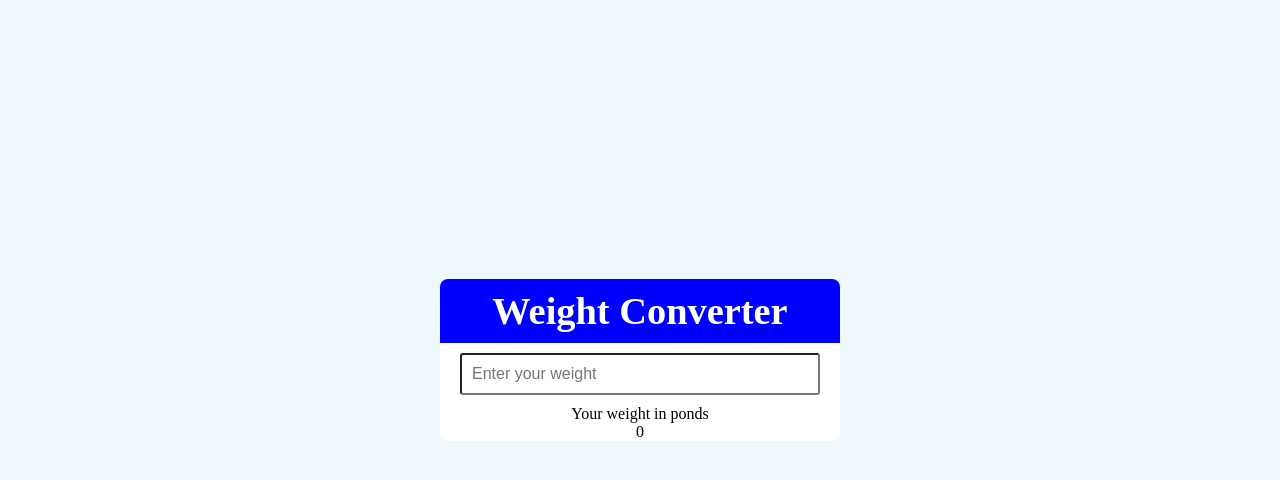
Repository: JunaidAnsari202/Weight-Converter
Page: index.html
These files come from the project's save history. The page is drawn as it stood at one moment and after a run of saves; the edit follows.
The browser window is 1280 px wide. The pictures show the whole page.

Above is the page before, as saved 2024-10-16 10:26:42.

### index.html
<!DOCTYPE html>
<html lang="en">
<head>
    <meta charset="UTF-8">
    <meta name="viewport" content="width=device-width, initial-scale=1.0">
    <title>Weight converter</title>
    <link rel="stylesheet" href="style.css">
</head>
<body>
 <div class="container">
    <div class="header">
        <h1>Weight Converter</h1>
    </div>
    <div class="input">
        <label for="input" id="input-label"></label>
        <input type="text" id="input" placeholder="Enter your weight">
    </div>
    <div class="output">
        Your weight in ponds <p id="output">0</p>
    </div>

 </div>

    <script src="script.js"></script>
</body>
</html>

### style.css
*{
    margin: 0;
    padding: 0;
    box-sizing: border-box;
}
body{
    background-color: aliceblue;
    display: flex;
    justify-content: center;
    align-items: center;
    height: 100vh;
}

.container{
    background-color: white;
    width: 400px;
    border-radius: 8px;
    text-align: center;
}

.header{
    background-color: blue;
    border-radius: 8px 8px 0 0;
    color: white;
    font-size: 1.2rem;
    padding: 10px;
    margin-bottom: 10px;
}

label{
    display: block;
    font-size: 1.5rem;
    font-weight: bold;
    margin-bottom: 10px;

}

input{
    width: 90%;
    padding: 10px;
    font-size: 1rem;
    margin-bottom: 10px;
    border-radius: 3px;
}

output{
    margin-bottom: 10px;
    font-weight: bold;
    font-size: 1.2rem;

}

### script.js
const input= document.querySelector("#input");
const output=document.querySelector("#output")

input.addEventListener("input",()=>{
    let val=input.value;
    let out=val*2.2;
    output.innerHTML=out.toFixed(2);
})

After the next 4 saves:
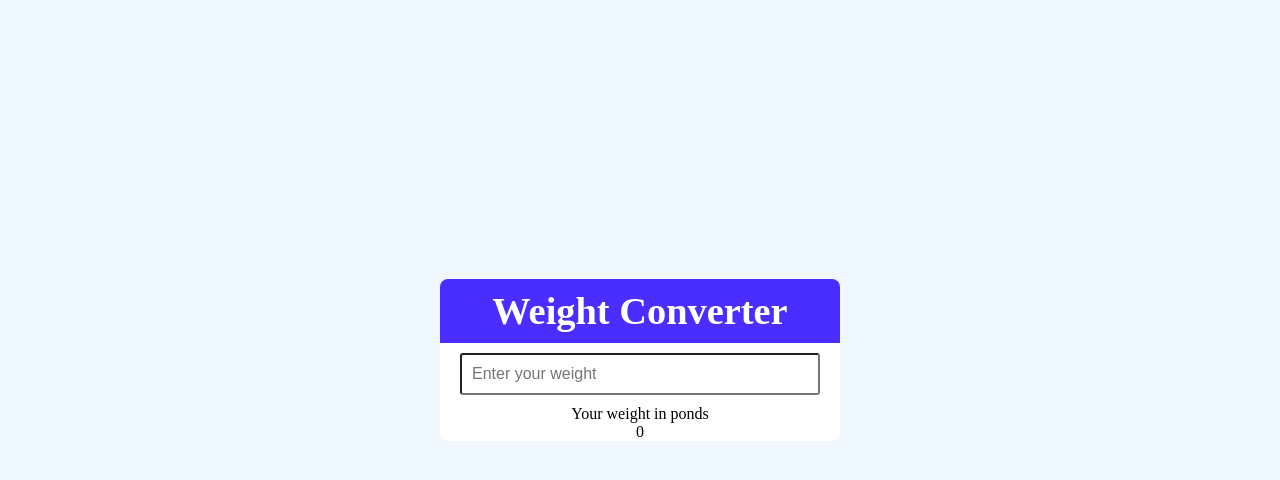
The 4 saves are shown as one change because they came seconds apart.
The last was saved 27 s later.
--- a/style.css
+++ b/style.css
@@ -19,7 +19,7 @@ body{
 }
 
 .header{
-    background-color: blue;
+    background-color: rgba(34, 0, 255, 0.821);
     border-radius: 8px 8px 0 0;
     color: white;
     font-size: 1.2rem;
